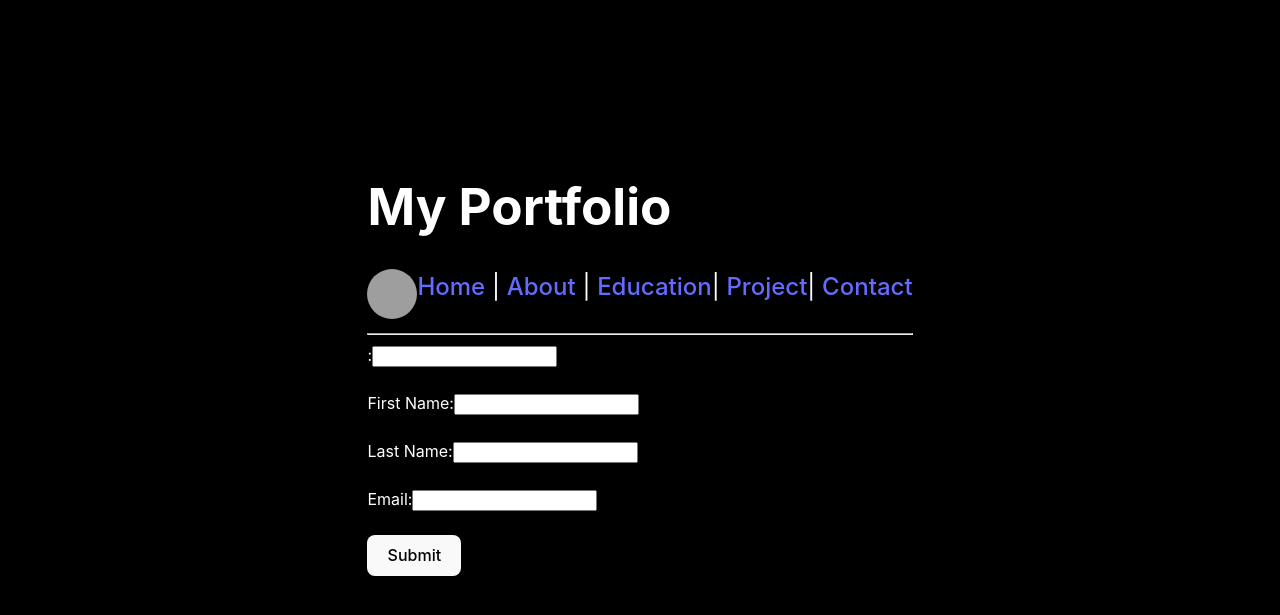
Repository: aislandmin/Personal-Portfolio-Express-MongoDB
Page: /project (app in client/)
These files come from the project's save history. The page is drawn as it stood at one moment and after the next save; the edit follows.
The browser window is 1280 px wide. The pictures show the whole page.
Pictures or frames that could not be fetched are drawn as grey boxes. The project was rebuilt for these pictures with package versions that can differ from the ones it lists, and the page was loaded fresh each time. Also part of the build but not shown: client/vite.config.js, client/components/Home.jsx, client/src/about.css, client/src/about.jsx, client/contact/api-contact.js, client/src/contact.jsx, client/qualification/api-qualification.js, client/src/education.jsx.

Above is the page before, as saved 2024-10-12 00:49:05.

### client/src/App.jsx
import React from 'react';
import { BrowserRouter as Router } from 'react-router-dom';
//import { ThemeProvider } from '@material-ui/styles';
import MainRouter from '../MainRouter';
//import Contact from './contact'
//import theme from '../theme';
//import { hot } from 'react-hot-loader'
const App = () => {
 return (
 <Router>

 <MainRouter />

 </Router>
 );
};
export default App;

### client/src/index.css
:root {
  font-family: Inter, system-ui, Avenir, Helvetica, Arial, sans-serif;
  line-height: 1.5;
  font-weight: 400;

  color-scheme: light dark;
  color: rgba(255, 255, 255, 0.87);
  background-color: #242424;

  font-synthesis: none;
  text-rendering: optimizeLegibility;
  -webkit-font-smoothing: antialiased;
  -moz-osx-font-smoothing: grayscale;
}

a {
  font-weight: 500;
  color: #646cff;
  text-decoration: inherit;
}
a:hover {
  color: #535bf2;
}

body {
  margin: 0;

  place-items: center;
  min-width: 320px;
  min-height: 100vh;
  background-color:black;
  color:white;
  align-content: center;
}

h1 {
  font-size: 3.2em;
  line-height: 1.1;
}

button {
  border-radius: 8px;
  border: 1px solid transparent;
  padding: 0.6em 1.2em;
  font-size: 1em;
  font-weight: 500;
  font-family: inherit;
  background-color: #1a1a1a;
  cursor: pointer;
  transition: border-color 0.25s;
}
button:hover {
  border-color: #646cff;
}
button:focus,
button:focus-visible {
  outline: 4px auto -webkit-focus-ring-color;
}

@media (prefers-color-scheme: light) {
  :root {
    color: #213547;
    background-color: #ffffff;
  }
  a:hover {
    color: #747bff;
  }
  button {
    background-color: #f9f9f9;
  }
}

nav {
float:right;
font-size:x-large;

}






.bg{
  position:absolute;
  top: -4em;
  right: 0;
  z-index: -1;
  object-fit: cover;
  height: 100vh;

}

.introContent {
  height: 100vh;
  width: 100vw;
  padding: 3em;
  padding-top: 1em;
  font-size: 3em;
  font-weight: 700;

  justify-content: center;
}

.hello {
  font-size: 1.75rem;
  font-weight:100px;
}

.introName {
  color: Blue;
}


.introPara {
  font-size: 40px;
  font-weight: 100;
}

.btn {
  background: white;
  margin: 1rem 0;
  padding: 0.75rem 1.5rem;
  border: none;
  border-radius: 2rem;
}


.btnImg{
  object-fit: cover;
  margin: 0 0.25rem;
  height: 1rem;
}

@media screen and (max-width:480px){
  .bg {
    right: -20vw
  }
}

img{
border-radius: 90%;
size: 40px;

}

html{
  scroll-behavior: smooth;
  overflow-x: hidden;
  overflow-y: scroll;
  margin-left: auto;
  margin-right: auto;
}

### client/MainRouter.jsx
import React from 'react'
import { Route, Routes } from 'react-router-dom'
import Home from './components/Home'
import About from './src/about'
import Contact from './src/contact'
import Education from './src/education'
import Project from './src/project'
import Layout from './components/layout'
const MainRouter = () => {
 return (<div>
 <Layout/>
 <Routes>

<Route exact path="/" element={<Home />} />
<Route exact path="/about" element={<About />} />
<Route exact path="/education" element={<Education />} />
<Route exact path="/project" element={<Project />} />
<Route exact path="/contact" element={<Contact />} />

 </Routes>
 </div>
 )
}
export default MainRouter

### client/src/project.jsx
/*import project1 from '../src/assets/project1.png';
import project2 from '../src/assets/project2.jpg';
import project3 from '../src/assets/project3.jpg';
import project4 from '../src/assets/project4.jpg';
import project5 from '../src/assets/project5.jpg';
import project6 from '../src/assets/project6.jpg';
import { Link } from 'react-router-dom';
import '../src/index.css'
import '../src/project.css'
import projectn2 from '../src/assets/projectn2.jfif';
export default function Project() {
     return <>

     <section id="works">

          <h2 className="worksTitle">Projects</h2>
          <div>
    <img src={projectn2} alt="contact1" className="worksImg"  width="1500px" height="80px"/><br/><br/>
    </div>
          <span className="worksDesc">I take pride in paying attention to the smallest details and making sure my work is pixel perfect/
          I am excited to bring my skills and experience to help businesses achieve their goals and create a strong online presence.</span>
          <div className="worksImgs">
                   <img src={project1} alt="project1" className="worksImg" /><br/><br/>
                   <img src={project2} alt="project2" className="worksImg" /><br/><br/>
                   <img src={project3} alt="project3" className="worksImg" /><br/><br/>
                   <img src={project4} alt="project4" className="worksImg" /><br/><br/>
                   <img src={project5} alt="project5" className="worksImg" /><br/><br/>
                   <img src={project6} alt="project6" className="worksImg" /><br/><br/>


               </div>
               <form id="ppy">

                    <label htmlFor="myTitle"> *Title: </label>
				<input type="text" id="myTitle" name="myTitle" required="required" autoFocus /> <br /> <br />


				<label htmlFor="myFName"> *First Name: </label>
				<input type="text" id="myFName" name="myFName" required="required" autoFocus /> <br /> <br />

				<label htmlFor="myLName"> *Last Name: </label>
				<input type="text" id="myLName" name="myLName" required="required" /> <br /> <br />


				<label htmlFor="myEmail"> *Email: </label>
				<input type="email" id="myEmail" name="myEmail" required="required" /> <br /> <br />

                    <label htmlFor="myDate"> *Completion Date: </label>
				<input type="date" id="myDate" name="myDate" required="required" /> <br /> <br />

                    <label htmlFor="myDescription"> *Description: </label>
				<input type="text" id="myDescription" name="myDescription" required="required" /> <br /> <br />

				<input type="submit" className="submit" value="Submit" /> <br />


		</form>
         <br/>
          <button className="workBtn">See More</button>


     </section>


     </>
    }
    */
    import React, { useState } from "react";
    import { useForm } from "react-hook-form";
    import {create} from '../project/api-project.js'

    export default function Project() {
      const [values, setValues] = useState({
          title:"",
        firstname: "",
        lastname: "",
        email: "",
        completion:"",
        description:""
        //error: "",
        //redirectToReferrer: false,
      });

      // Destructuring methods from react-hook-form
      const { register, handleSubmit, formState: { errors } } = useForm();

      // Submission function for the form
      const submitForm = () => {
        // Logging form values on submit
        const project = {
          firstname: values.firstname || undefined,
          lastname: values.lastname || undefined,
          email: values.email || undefined,
          completion: values.email || undefined,
          description: values.email || undefined,
          //error: values.error || undefined,
          //redirectToReferrer: values.redirectToReferrer || undefined,
        };

        console.log(project);
        create(project);

        // Optionally, set the values state here if you need to update it

      };

      const handleChange = name => event => {
        setValues({ ...values, [name]: event.target.value })
      }
      return (
        <form onSubmit={handleSubmit(submitForm)}>

          {/* Title */}
          <label htmlFor="title">:</label>
          <input
            {...register("firstname", { required: "First name is required" })}
            value={values.firstname} onChange={handleChange('firstname')}
          />
          {errors.firstname && <p>{errors.firstname.message}</p>}
          <br /><br />

          {/* First Name */}
          <label htmlFor="firstname">First Name:</label>
          <input
            {...register("firstname", { required: "First name is required" })}
            value={values.firstname} onChange={handleChange('firstname')}
          />
          {errors.firstname && <p>{errors.firstname.message}</p>}
          <br /><br />

          {/* Last Name */}
          <label htmlFor="lastname">Last Name:</label>
          <input
            {...register("lastname", { required: "Last name is required" })}
            value={values.lastname} onChange={handleChange('lastname')}
          />
          {errors.lastname && <p>{errors.lastname.message}</p>}
          <br /><br />

          {/* Email */}
          <label htmlFor="email">Email:</label>
          <input
            type="email"
            {...register("email", { required: "Email is required" } )}
            value={values.email} onChange={handleChange('email')}
          />
          {errors.email && <p>{errors.email.message}</p>}
          <br /><br />

          {/* Submit Button */}
          <button type="submit">Submit</button>
        </form>
      );
    }

### client/components/layout.jsx
import React from 'react';
import { Link } from 'react-router-dom';
import football1 from '../src/assets/app.png';
export default function Layout() {
 return (
 <>

 <h1>My Portfolio</h1>

 < img src={football1}alt="football" className="football" width="50px" height="50px"/>
 <nav>

 <Link to="/">Home</Link> | <Link to="/about">About</Link> | <Link to="/education">Education</Link>| <Link to="/project">Project</Link>| <Link to="/contact">Contact</Link>
 </nav>

<br/>
 <hr />

 </>

 );
}

### client/project/api-project.js
const create = async (user) => {
    try {
    let response = await fetch('/api/projects/', {
    method: 'POST',
    headers: {
    'Accept': 'application/json',
    'Content-Type': 'application/json'
    },
    body: JSON.stringify(user)
    })
    return await response.json()
    } catch(err) {
    console.log(err)
    }
    }
    const list = async (signal) => {
    try {
    let response = await fetch('/api/projects/', {
    method: 'GET',
    signal: signal,
    })
    return await response.json()
    } catch(err) {
    console.log(err)
    }
    }
    const read = async (params, credentials, signal) => {
    try {
    let response = await fetch('/api/projects/' + params.userId, {
    method: 'GET',
    signal: signal,
    headers: {
    'Accept': 'application/json',
    'Content-Type': 'application/json',
    'Authorization': 'Bearer ' + credentials.t
    }
    })
    return await response.json()
    } catch(err) {
    console.log(err)
    }
    }
    const update = async (params, credentials, user) => {
    try {
    let response = await fetch('/api/projects/' + params.userId, {
    method: 'PUT',
    headers: {
    'Accept': 'application/json',
    'Content-Type': 'application/json',
    'Authorization': 'Bearer ' + credentials.t
    },
    body: JSON.stringify(user)
    })
    return await response.json()
    } catch(err) {
    console.log(err)
    }
    }
    const remove = async (params, credentials) => {
    try {
    let response = await fetch('/api/projects/' + params.userId, {
    method: 'DELETE',
    headers: {
    'Accept': 'application/json',
    'Content-Type': 'application/json',
    'Authorization': 'Bearer ' + credentials.t
    }
    })
    return await response.json()
    } catch(err) {
    console.log(err)
    }
    }
    export { create, list, read, update, remove }

Loaded but not shown: client/index.html (common file); client/src/main.jsx (common file)

After the next save:
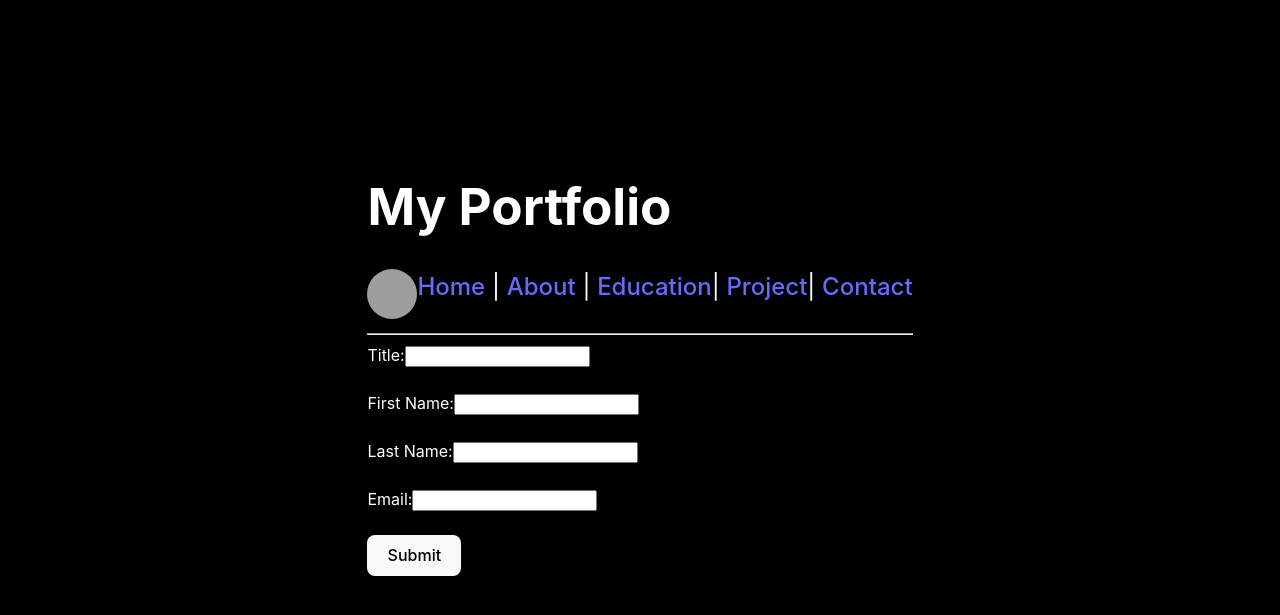
Saved 4 s later.
--- a/client/src/project.jsx
+++ b/client/src/project.jsx
@@ -111,7 +111,7 @@ export default function Project() {
         <form onSubmit={handleSubmit(submitForm)}>
 
           {/* Title */}
-          <label htmlFor="title">:</label>
+          <label htmlFor="title">Title:</label>
           <input
             {...register("firstname", { required: "First name is required" })}
             value={values.firstname} onChange={handleChange('firstname')}
